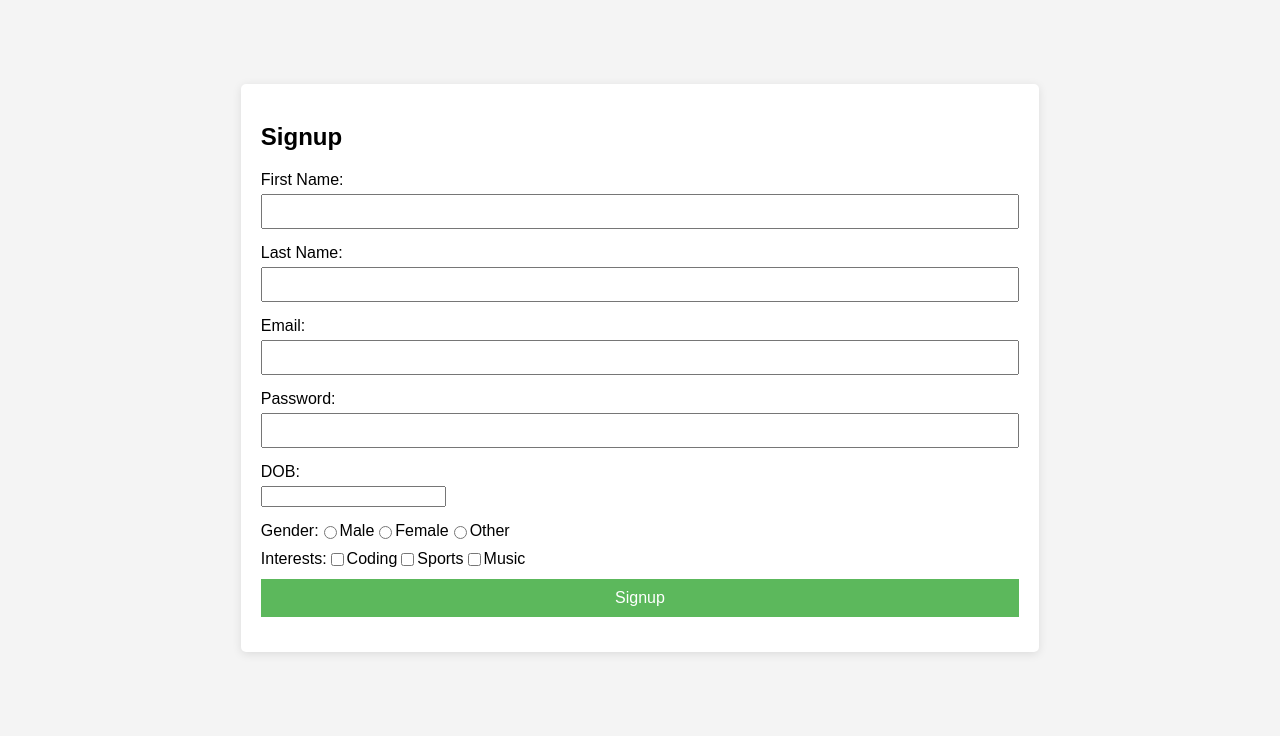
Repository: SHASHIDHAR-as/Spring
Page: spring-jsp-servelets/webapp/Webapp/src/main/webapp/Login.html
These files come from the project's save history. The page is drawn as it stood at one moment and after the next save; the edit follows.
The browser window is 1280 px wide. The pictures show the whole page.

Above is the page before, as saved 2024-07-30 06:29:39.

### spring-jsp-servelets/webapp/Webapp/src/main/webapp/Login.html
<!DOCTYPE html>
<html lang="en">
<head>
    <meta charset="UTF-8">
    <meta name="viewport" content="width=device-width, initial-scale=1.0">
    <title>Deloitte Signup Page</title>
    <style>
        body {
            font-family: Arial, sans-serif;
            background-color: #f4f4f4;
            display: flex;
            justify-content: center;
            align-items: center;
            height: 100vh;

        }
        .signup-form {
            background-color: #fff;
            padding: 20px;
            border-radius: 5px;
            box-shadow: 0 2px 10px rgba(0, 0, 0, 0.1);
            width:60%;
        }
        .signup-form h2 {
            margin-bottom: 20px;
        }
        .form-group {
            margin-bottom: 15px;
        }
        .form-group-w {
            display:flex;
            padding-bottom:10px;
        }
        .form-group label {
            display: block;
            margin-bottom: 5px;
        }
        .form-group input[type="text"],
        .form-group input[type="email"],
        .form-group input[type="password"] {
            width: 100%;
            padding: 8px;
            box-sizing: border-box;
        }
        .form-group input[type="radio"],
        .form-group input[type="checkbox"] {
            margin-right: 10px;
        }
        .form-group button {
            width: 100%;
            padding: 10px;
            background-color: #5cb85c;
            border: none;
            color: white;
            font-size: 16px;
            cursor: pointer;
        }
        .form-group button:hover {
            background-color: #4cae4c;
        }
    </style>
</head>
<body>
    <form class="signup-form">
        <h2>Signup</h2>
        <div class="form-group">
            <label for="firstname">First Name:</label>
            <input type="text" id="firstname" name="firstname" required>
        </div>
        <div class="form-group">
            <label for="lastname">Last Name:</label>
            <input type="text" id="lastname" name="lastname" required>
        </div>
        <div class="form-group">
            <label for="email">Email:</label>
            <input type="email" id="email" name="email" required>
        </div>
        <div class="form-group">
            <label for="password">Password:</label>
            <input type="password" id="password" name="password" required>
        </div>
        <div class="form-group">
            <label for="Dob">DOB:</label>
            <input type="dob" id="dob" name="dob" required>
        </div>
        <div class="form-group-w">
            <label>Gender:</label>
            <input type="radio" id="male" name="gender" value="male" required>
            <label for="male">Male</label>
            <input type="radio" id="female" name="gender" value="female" required>
            <label for="female">Female</label>
            <input type="radio" id="other" name="gender" value="other" required>
            <label for="other">Other</label>
        </div>
        <div class="form-group-w">
            <label>Interests:</label>
            <input type="checkbox" id="coding" name="interests" value="coding">
            <label for="coding">Coding</label>
            <input type="checkbox" id="sports" name="interests" value="sports">
            <label for="sports">Sports</label>
            <input type="checkbox" id="music" name="interests" value="music">
            <label for="music">Music</label>
        </div>
        <div class="form-group">
            <button type="submit">Signup</button>
        </div>
    </form>
</body>
</html>

After the next save:
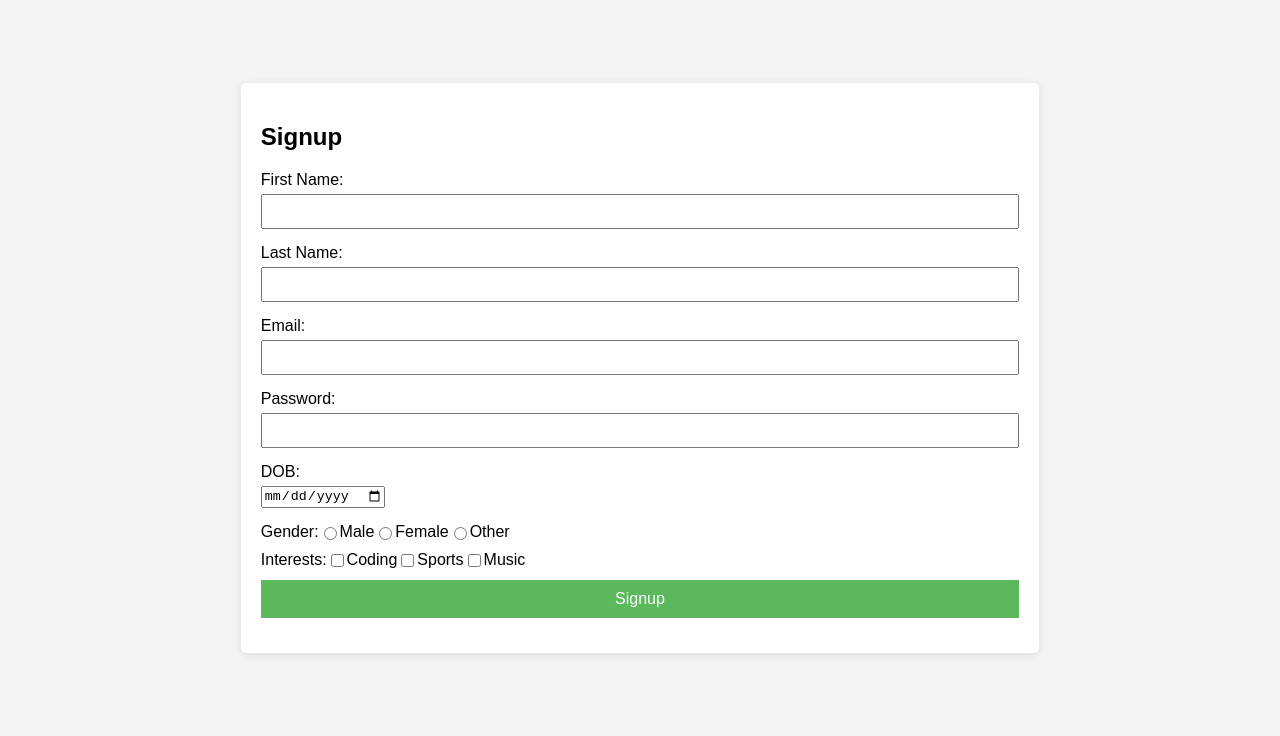
Saved 11 s later.
--- a/spring-jsp-servelets/webapp/Webapp/src/main/webapp/Login.html
+++ b/spring-jsp-servelets/webapp/Webapp/src/main/webapp/Login.html
@@ -81,7 +81,7 @@
         </div>
         <div class="form-group">
             <label for="Dob">DOB:</label>
-            <input type="dob" id="dob" name="dob" required>
+            <input type="date" id="dob" name="dob" required>
         </div>
         <div class="form-group-w">
             <label>Gender:</label>
